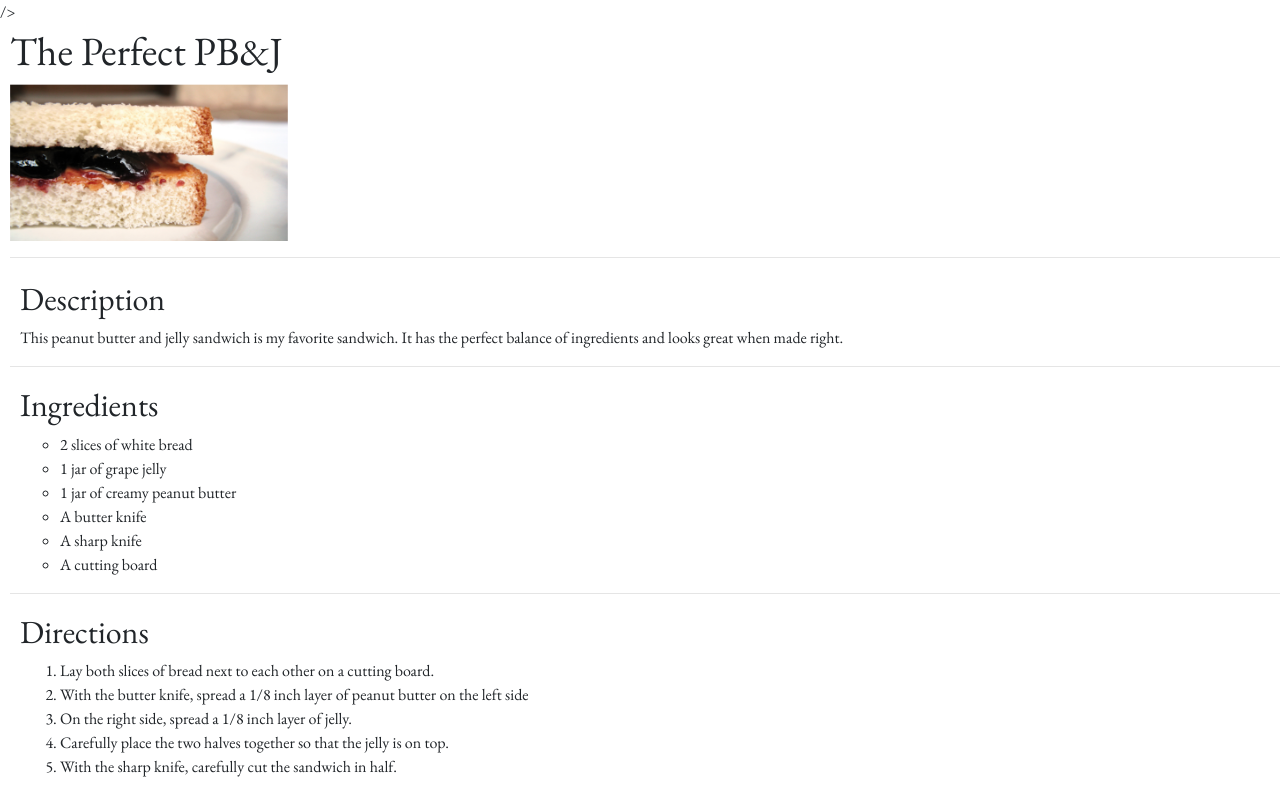
Repository: 9-5-pursuit/lab-intro-to-html
Page: recipe.html
The author's editor kept a copy of each file at every save. The page is drawn from the files as they stood at one save, then again after a run of saves.
The browser window is 1280 px wide. The pictures show the whole page.

Above is the page before, as saved 2023-02-28 09:23:56.

After the next 2 saves:
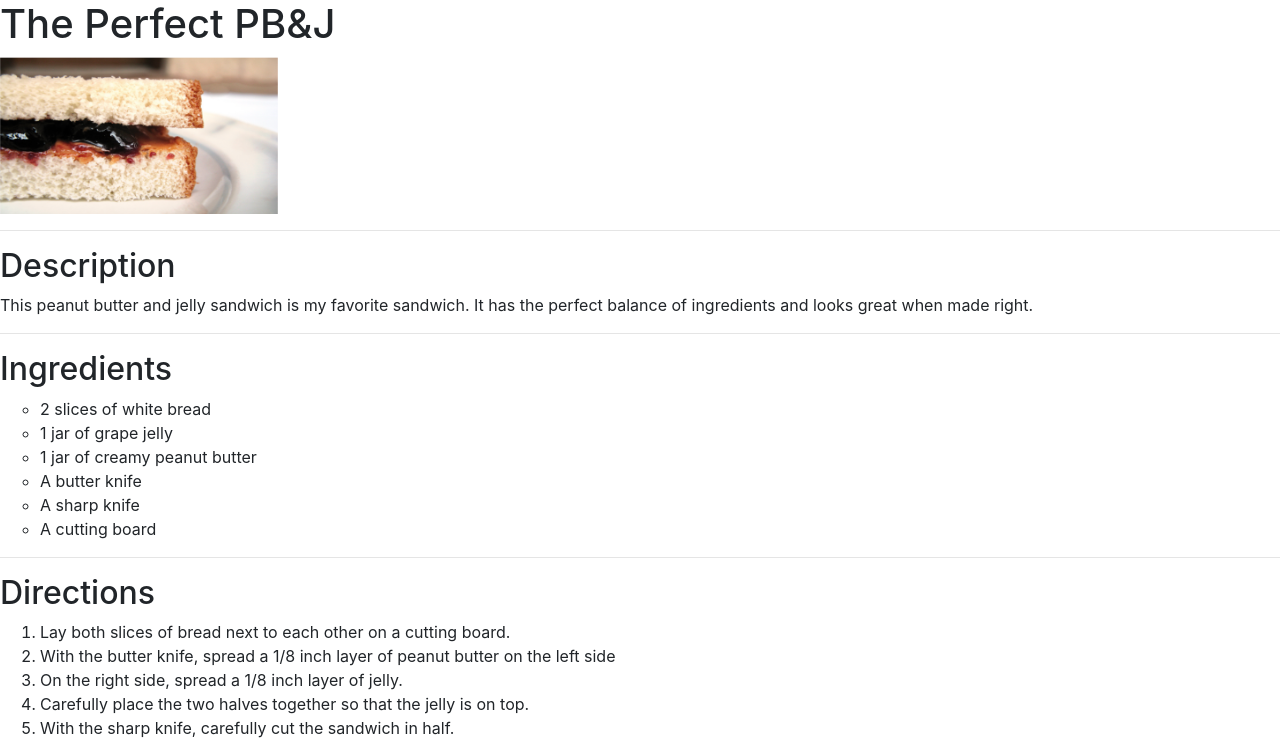
The 2 saves are shown as one change because they came seconds apart.
The last was saved 58 s later.
--- a/recipe.html
+++ b/recipe.html
@@ -13,8 +13,7 @@
     <link rel="preconnect" href="https://fonts.gstatic.com" crossorigin />
     <link
       href="https://fonts.googleapis.com/css2?family=EB+Garamond:ital,wght@0,400;1,700&display=swap"
-      rel="stylesheet"
-    />
+      rel="stylesheet />
     />
     <style>
       div {

After the 2 saves that followed:
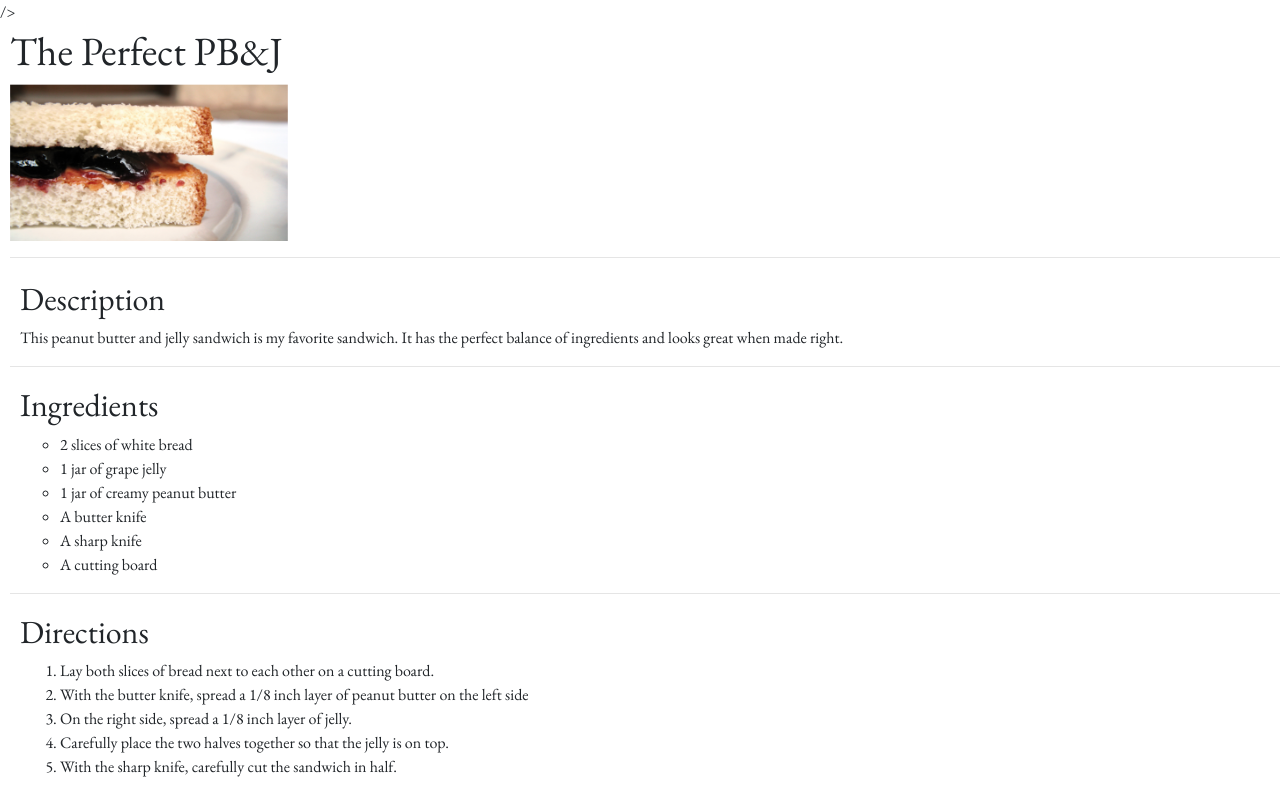
The 2 saves are shown as one change because they came seconds apart.
The last was saved 6 s later.
--- a/recipe.html
+++ b/recipe.html
@@ -13,7 +13,7 @@
     <link rel="preconnect" href="https://fonts.gstatic.com" crossorigin />
     <link
       href="https://fonts.googleapis.com/css2?family=EB+Garamond:ital,wght@0,400;1,700&display=swap"
-      rel="stylesheet />
+      rel="stylesheet"/>
     />
     <style>
       div {
